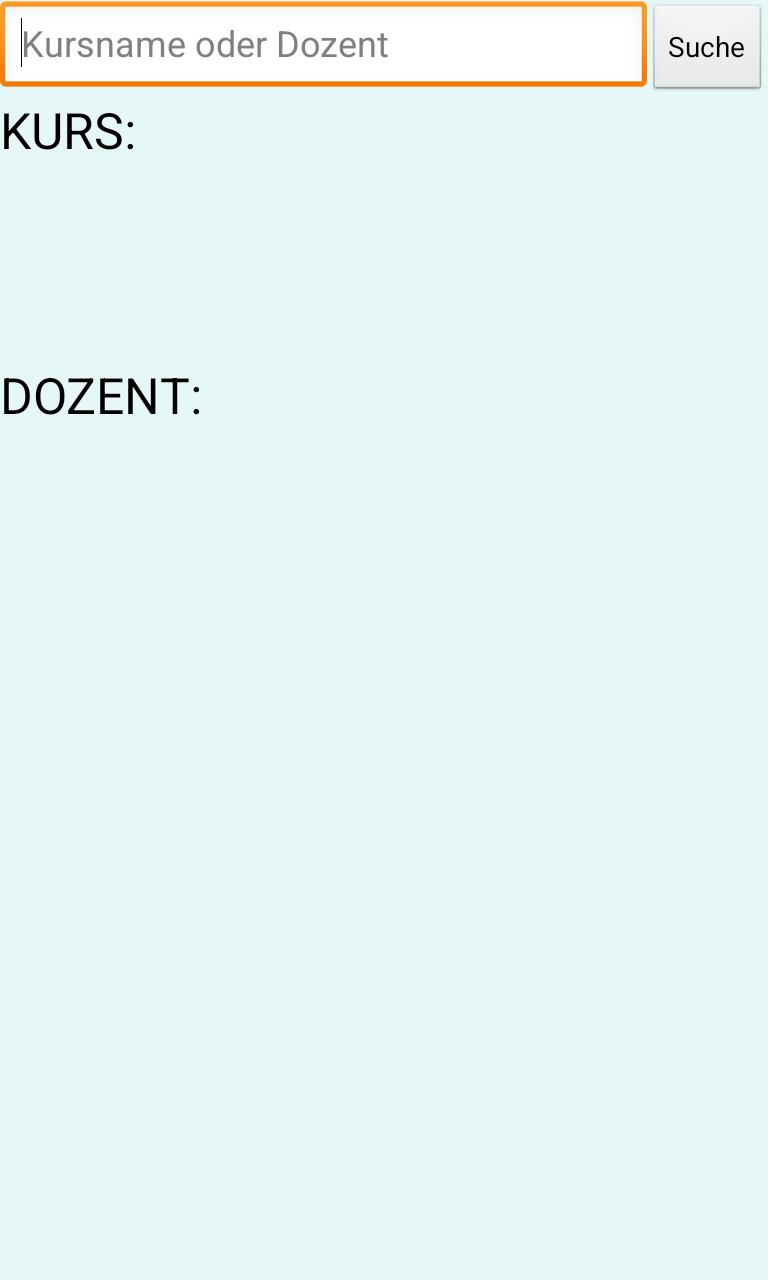
Repository: georgleber/IliConnect
Layout: IliConnect/res/layout/suche_layout.xml
These files come from the project's save history. The layout is drawn as it stood at one moment and after the next save; the edit follows.
It is drawn on a 768 x 1280 px phone screen (xhdpi) without system bars, with theme AppTheme; the app's code is not run. Lists and similar views that code fills are empty.

Above is the layout before, as saved 2012-12-18 22:45:37.

After the next save:
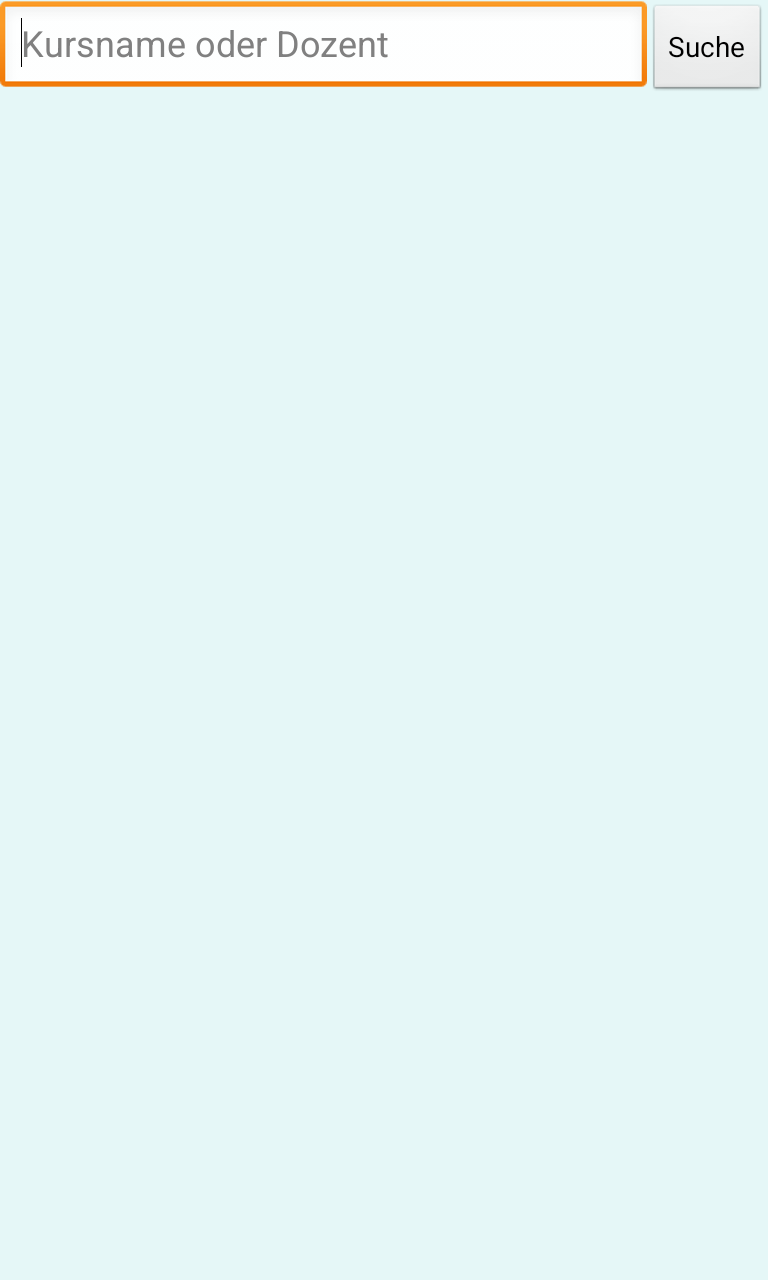
Saved 2 min 51 s later.
--- a/IliConnect/res/layout/suche_layout.xml
+++ b/IliConnect/res/layout/suche_layout.xml
@@ -3,7 +3,7 @@
     android:layout_width="match_parent"
     android:layout_height="match_parent"
     android:background="#E5F7F7"
-    android:orientation="vertical" >
+    android:orientation="horizontal" >
 
     <LinearLayout
         android:layout_width="match_parent"
@@ -31,13 +31,13 @@
     <LinearLayout
         android:layout_width="match_parent"
         android:layout_height="wrap_content"
-        android:orientation="vertical" >
+        android:orientation="horizontal" >
 
         <LinearLayout
             android:layout_width="wrap_content"
             android:layout_height="wrap_content"
             android:layout_weight="1"
-            android:orientation="vertical" >
+            android:orientation="horizontal" >
 
             <TextView
                 android:id="@+id/kurs_label"
@@ -60,7 +60,7 @@
             android:layout_width="wrap_content"
             android:layout_height="wrap_content"
             android:layout_weight="1"
-            android:orientation="vertical" >
+            android:orientation="horizontal" >
 
             <TextView
                 android:id="@+id/dozent_suche_label"

After the save that followed:
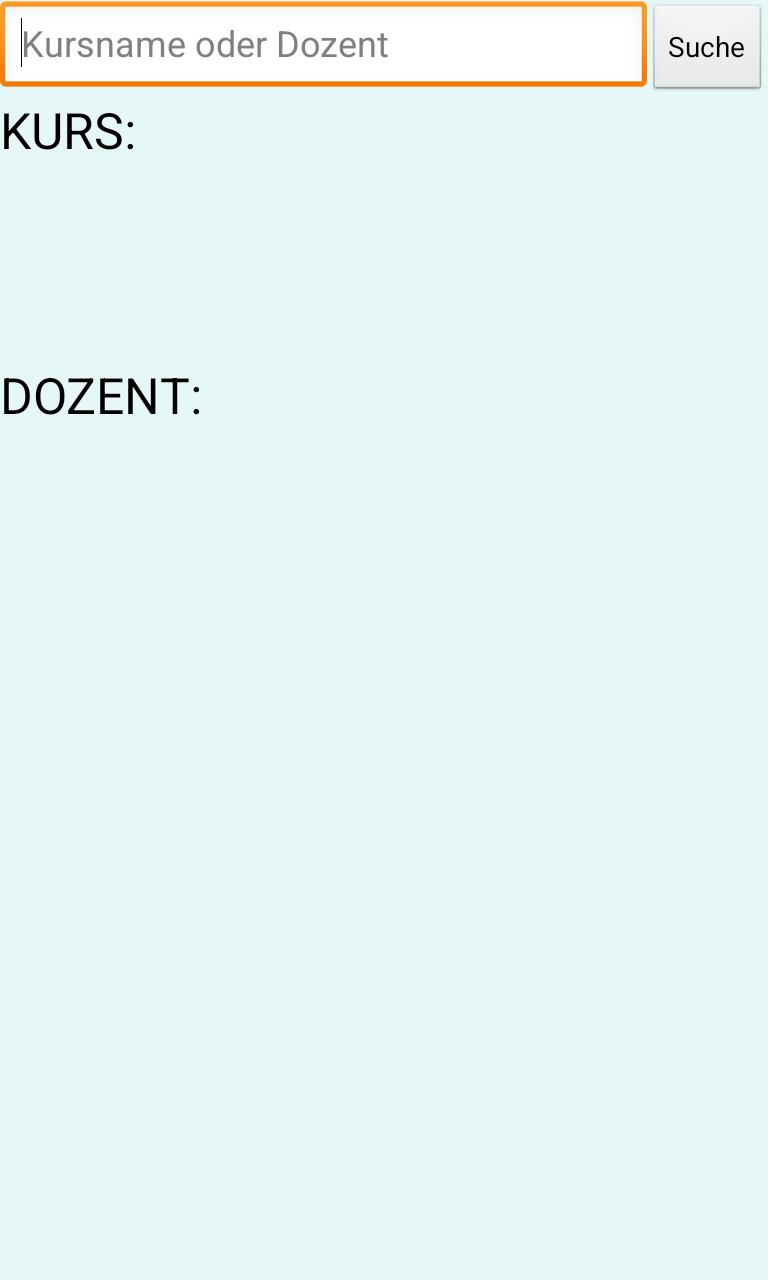
Saved 2 min 6 s later.
--- a/IliConnect/res/layout/suche_layout.xml
+++ b/IliConnect/res/layout/suche_layout.xml
@@ -3,7 +3,7 @@
     android:layout_width="match_parent"
     android:layout_height="match_parent"
     android:background="#E5F7F7"
-    android:orientation="horizontal" >
+    android:orientation="vertical" >
 
     <LinearLayout
         android:layout_width="match_parent"
@@ -31,13 +31,13 @@
     <LinearLayout
         android:layout_width="match_parent"
         android:layout_height="wrap_content"
-        android:orientation="horizontal" >
+        android:orientation="vertical" >
 
         <LinearLayout
             android:layout_width="wrap_content"
             android:layout_height="wrap_content"
             android:layout_weight="1"
-            android:orientation="horizontal" >
+            android:orientation="vertical" >
 
             <TextView
                 android:id="@+id/kurs_label"
@@ -60,7 +60,7 @@
             android:layout_width="wrap_content"
             android:layout_height="wrap_content"
             android:layout_weight="1"
-            android:orientation="horizontal" >
+            android:orientation="vertical" >
 
             <TextView
                 android:id="@+id/dozent_suche_label"
